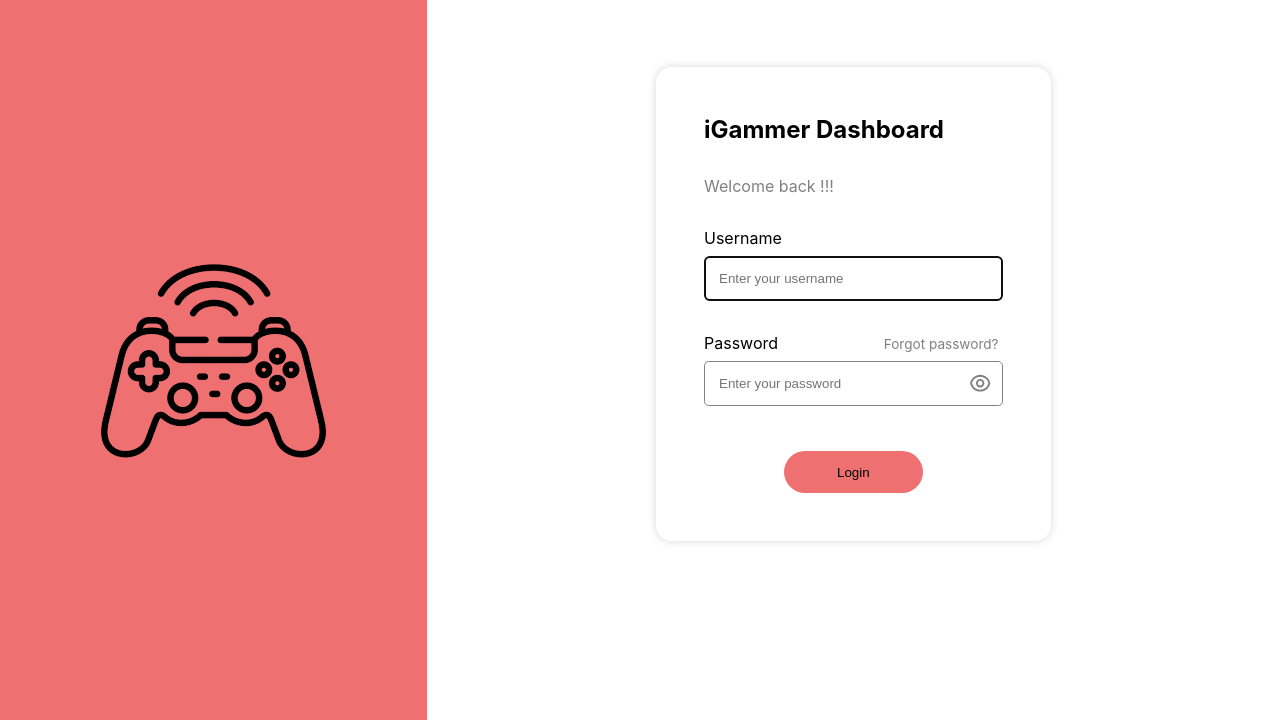
Repository: agwenchez/iGammer-dashboard
Page: /dashboard/orders
These files come from the project's save history. The page is drawn as it stood at one moment and after a run of saves; the edit follows.
The browser window is 1280 px wide. The pictures show the whole page.
The page's requests for data from a server got no answer. The project was rebuilt for these pictures with package versions that can differ from the ones it lists, and the page was loaded fresh each time. No one was signed in, and anything a server would have sent is missing. Also part of the build but not shown: vite.config.ts, src/components/DataTable/datatable.module.scss, src/pages/Products/productsData.tsx, src/components/DataTable/MuiTable.tsx, src/components/DataTable/index.tsx, src/components/BreadCrumb/breadcrumb.module.scss, src/components/BreadCrumb/index.tsx, src/pages/Customers/customers.module.scss and 19 more.

Above is the page before, as saved 2023-05-05 12:56:59.

After the next 4 saves:
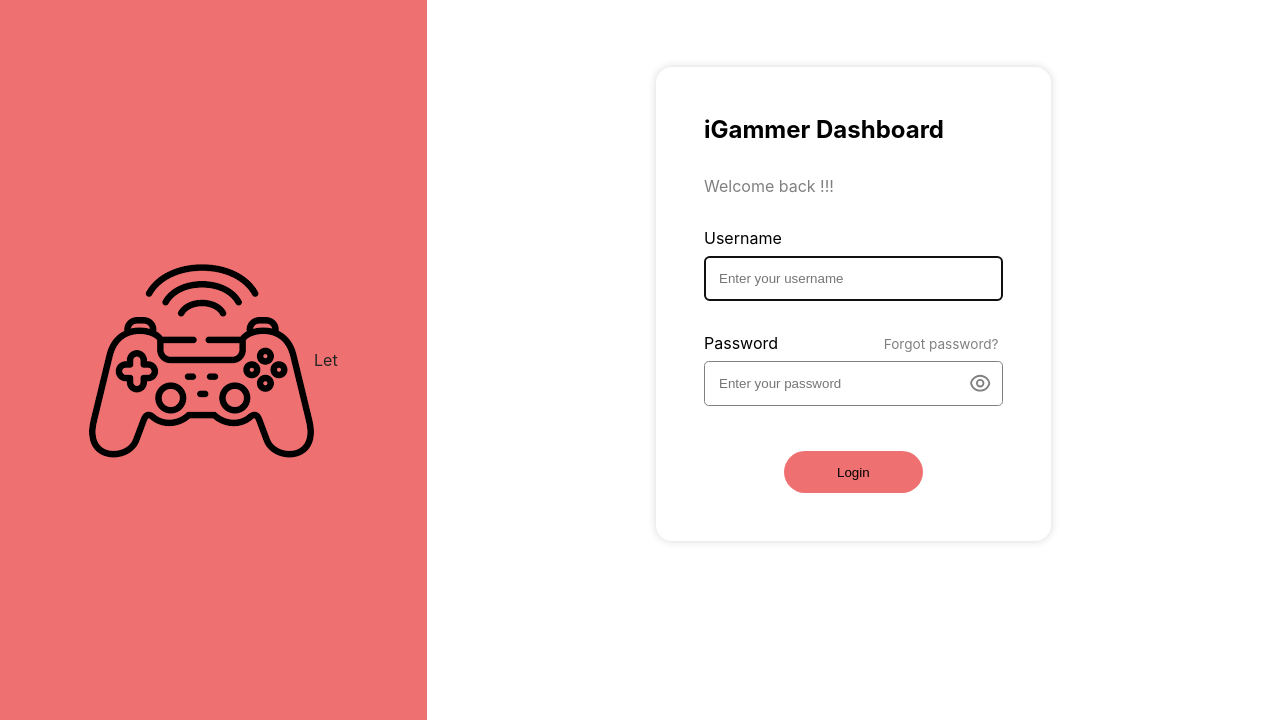
The 4 saves are shown as one change because they came seconds apart.
The last was saved 11 s later.
--- a/src/components/Layouts/AuthLayout/AuthLayout.tsx
+++ b/src/components/Layouts/AuthLayout/AuthLayout.tsx
@@ -7,7 +7,7 @@ const AuthLayout = () => {
           <div className={styles.left_container}>
             {/* <div className={styles.bg_color}></div> */}
             <img src="/assets/images/game.png" alt="" />
-
+            <p>Let</p>
           </div>
           <div className={styles.right_container}>
             <Outlet/>
